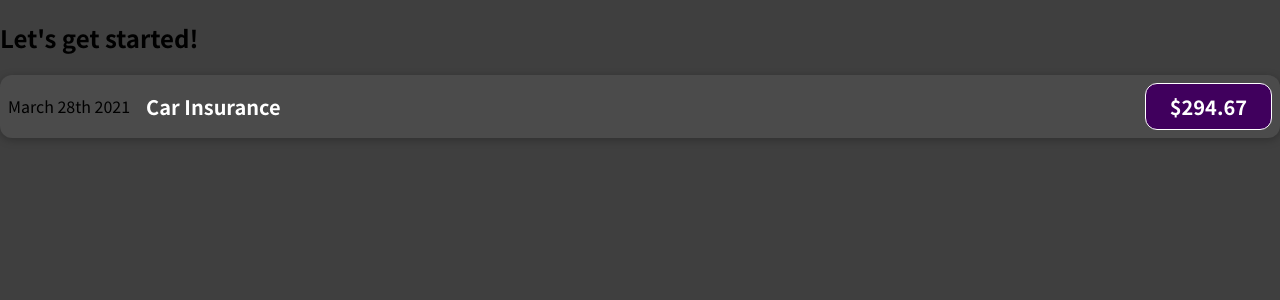
Repository: Felopater-Melika/Expense-Tracker
Page: /
The author's editor kept a copy of each file at every save. The page is drawn from the files as they stood at one save, then again after a run of saves.
The browser window is 1280 px wide. The pictures show the whole page.
The project was rebuilt for these pictures with package versions that can differ from the ones it lists, and the page was loaded fresh each time.

Above is the page before, as saved 2021-08-16 19:18:22.

### src/components/ExpenseItem.js
import './ExpenseItem.css';

function ExpenseItem() {
  const expenseDate = new Date(2021, 2, 28);
  const expenseTitle = 'Car Insurance';
  const expenseAmount = 294.67;
  return (
    <div className="expense-item">
      <div>March 28th 2021</div>
      <div className="expense-item__description">
        <h2>Car Insurance</h2>
        <div className="expense-item__price">$294.67</div>
      </div>
    </div>
  );
}

export default ExpenseItem;

### src/components/ExpenseItem.css
.expense-item {
    display: flex;
    justify-content: space-between;
    align-items: center;
    box-shadow: 0 2px 8px rgba(0, 0, 0, 0.25);
    padding: 0.5rem;
    margin: 1rem 0;
    border-radius: 12px;
    background-color: #4b4b4b;
}

.expense-item__description {
    display: flex;
    flex-direction: column;
    gap: 1rem;
    align-items: flex-end;
    flex-flow: column-reverse;
    justify-content: flex-start;
    flex: 1;
}

.expense-item h2 {
    color: #3a3a3a;
    font-size: 1rem;
    flex: 1;
    margin: 0 1rem;
    color: white;
}

.expense-item__price {
    font-size: 1rem;
    font-weight: bold;
    color: white;
    background-color: #40005d;
    border: 1px solid white;
    padding: 0.5rem;
    border-radius: 12px;
}

@media (min-width: 580px) {
    .expense-item__description {
        flex-direction: row;
        align-items: center;
        justify-content: flex-start;
        flex: 1;
    }
    .expense-item__description h2 {
        font-size: 1.25rem;
    }
    .expense-item__price {
        font-size: 1.25rem;
        padding: 0.5rem 1.5rem;
    }
}

Loaded but not shown: public/index.html (common file); src/index.js (common file); src/index.css (common file); src/App.js (common file)

After the next 4 saves:
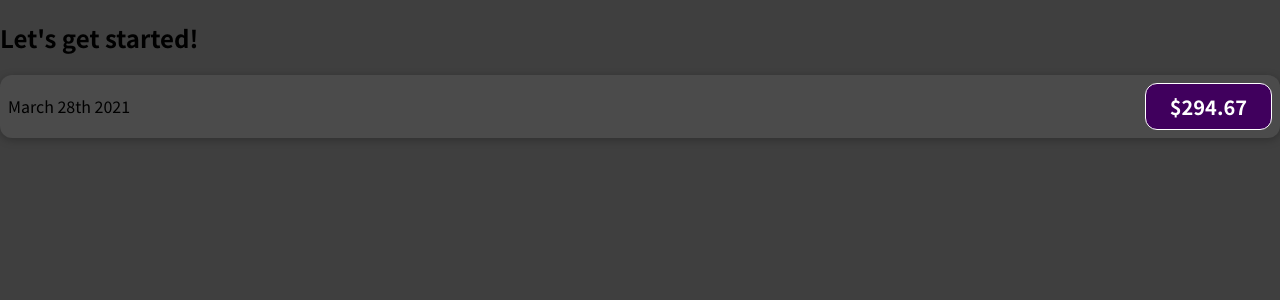
The 4 saves are shown as one change because 1 did not build or start and some came seconds apart.
The last was saved 25 s later.
--- a/src/components/ExpenseItem.js
+++ b/src/components/ExpenseItem.js
@@ -8,7 +8,7 @@ function ExpenseItem() {
     <div className="expense-item">
       <div>March 28th 2021</div>
       <div className="expense-item__description">
-        <h2>Car Insurance</h2>
+        <h2></h2>
         <div className="expense-item__price">$294.67</div>
       </div>
     </div>
